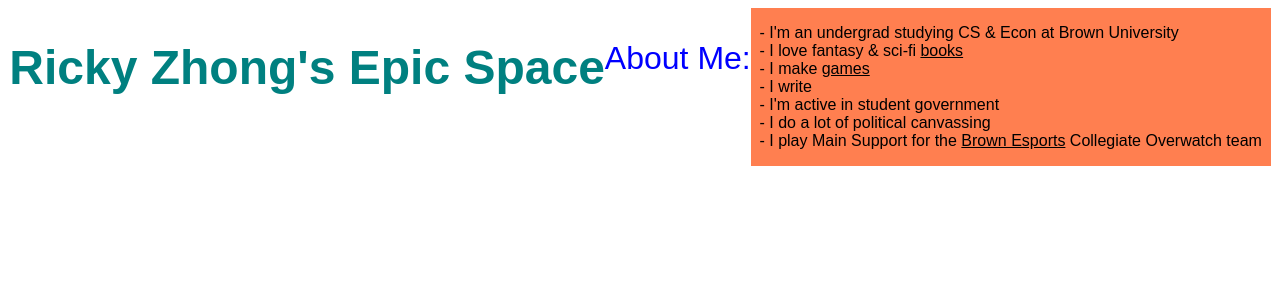
Repository: rickydaricky/rickydaricky.github.io
Page: index.html
An editor plug-in stored every save of this project. The page is shown before and after a run of saves, followed by the edit.
The browser window is 1280 px wide. The pictures show the whole page.

Above is the page before, as saved 2023-03-31 11:01:23.

After the next 2 saves:
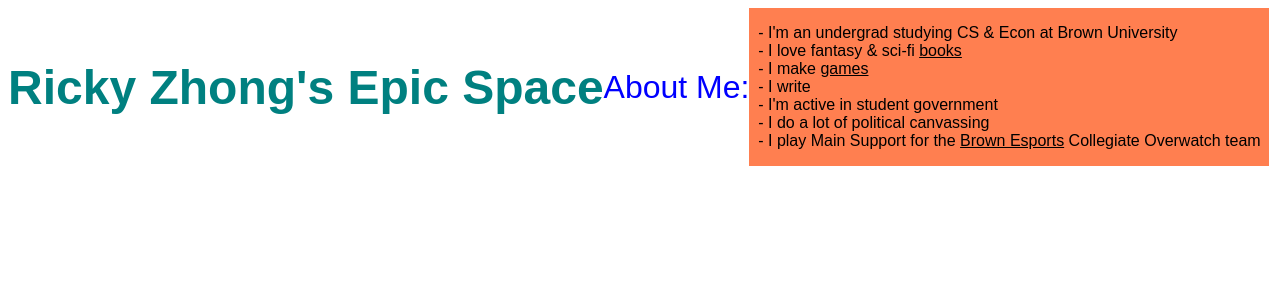
The 2 saves are shown as one change because they came seconds apart.
The last was saved 5 s later.
--- a/main.css
+++ b/main.css
@@ -22,7 +22,7 @@ html * {
 
 body {
   display: flex;
-  justify-content: center;
+  align-items: center;
 }
 
 .square {
